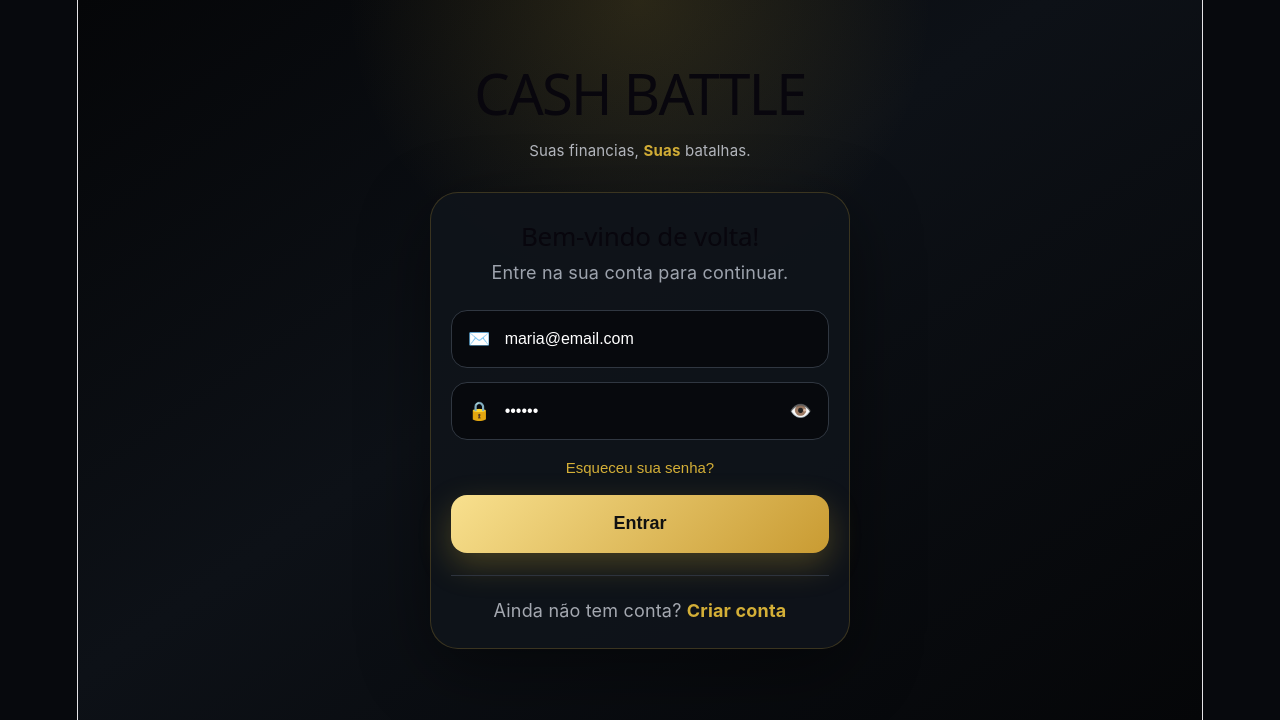
Repository: AxioDevStudio/CashBattle
Page: / (app in Frontend/)
An editor plug-in stored every save of this project. The page is shown before and after the next save, followed by the edit.
The browser window is 1280 px wide. The pictures show the whole page.
The project was rebuilt for these pictures with package versions that can differ from the ones it lists, and the page was loaded fresh each time. Also part of the build but not shown: Frontend/vite.config.js.

Above is the page before, as saved 2026-06-26 13:04:39.

After the next save:
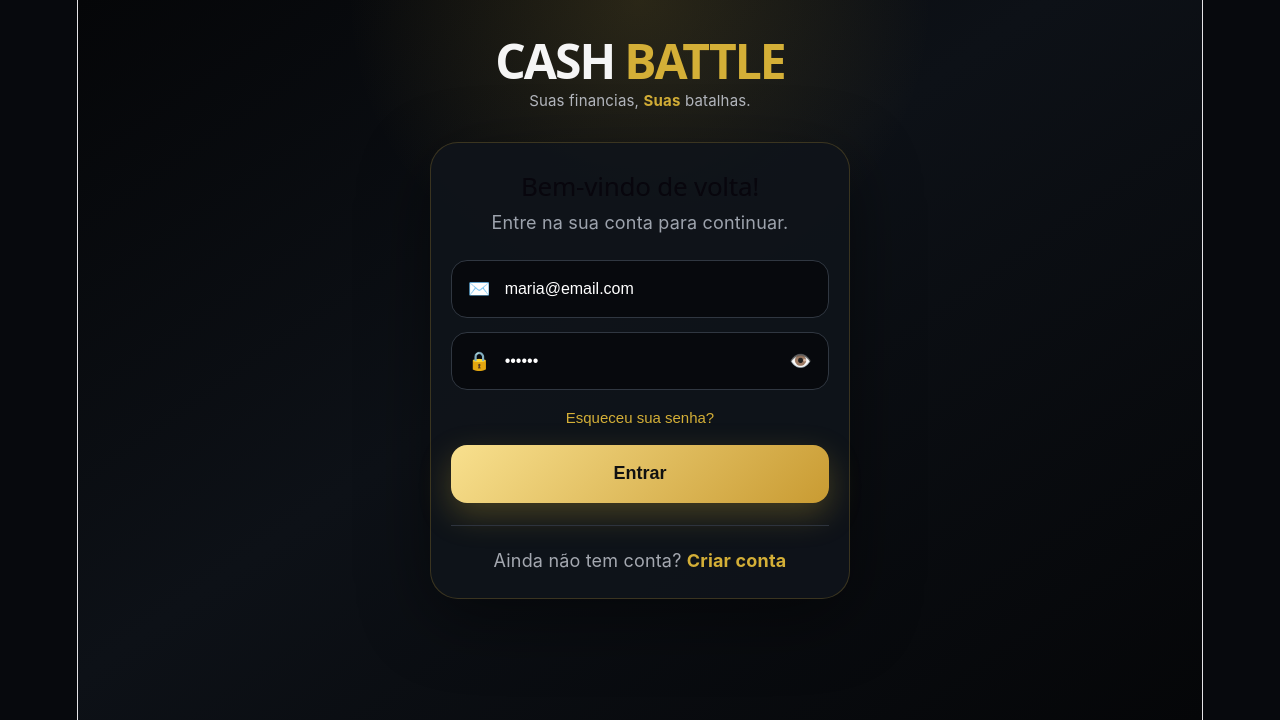
Saved 19 s later.
--- a/Frontend/src/pages/Login.jsx
+++ b/Frontend/src/pages/Login.jsx
@@ -35,10 +35,9 @@
         <main className="login-page">
             <section className="login-header">
 
-                <h1>
-                    CASH <span>BATTLE</span>
-                </h1>
-
+<h1 className="logo-title">
+    CASH <span>BATTLE</span>
+</h1>
                 <p>
                     Suas financias, <strong>Suas</strong> batalhas.
                 </p>
